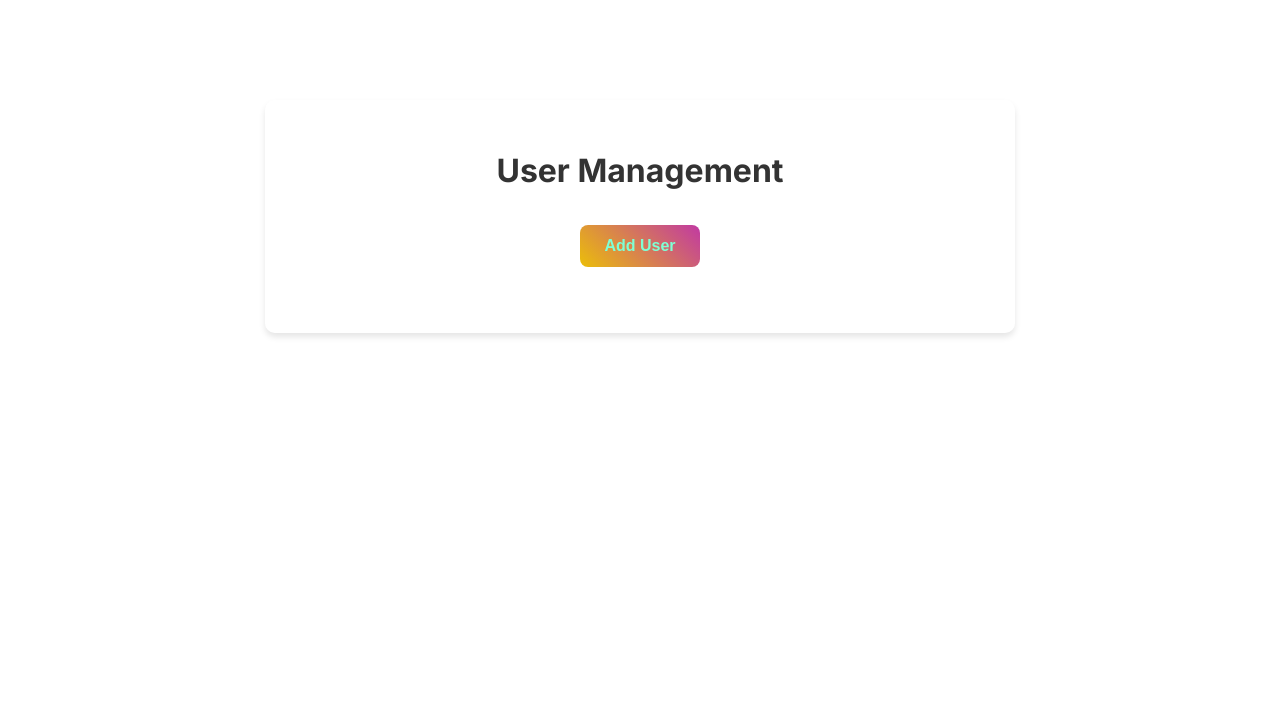
Repository: EeeeeEyyyy/crud-proj
Page: /
These files come from the project's save history. The page is drawn as it stood at one moment and after the next save; the edit follows.
The browser window is 1280 px wide. The pictures show the whole page.
The page's requests for data from a server got no answer. The project was rebuilt for these pictures with package versions that can differ from the ones it lists, and the page was loaded fresh each time. The framework's server and built-in components were replaced by stand-ins that run in the browser. No one was signed in, and anything a server would have sent is missing. Also part of the build but not shown: next.config.mjs.

Above is the page before, as saved 2024-06-25 09:20:43.

After the next save:
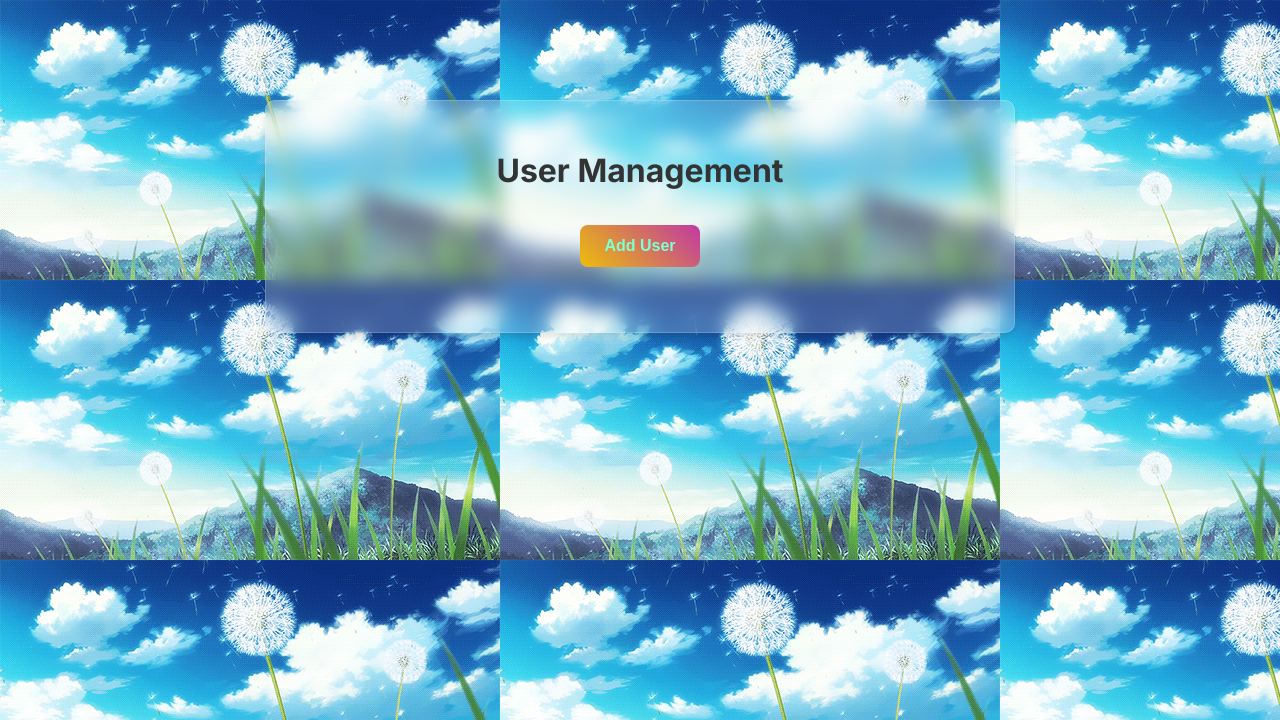
Saved 65 s later.
--- a/src/app/globals.css
+++ b/src/app/globals.css
@@ -8,7 +8,7 @@ html,
 body {
   max-width: 100vw;
   overflow-x: hidden;
-  background: url(g.gif) cover no-repeat;
+  background: url(g.gif);
   height: 100%;
   margin: 0;
   padding: 0;
